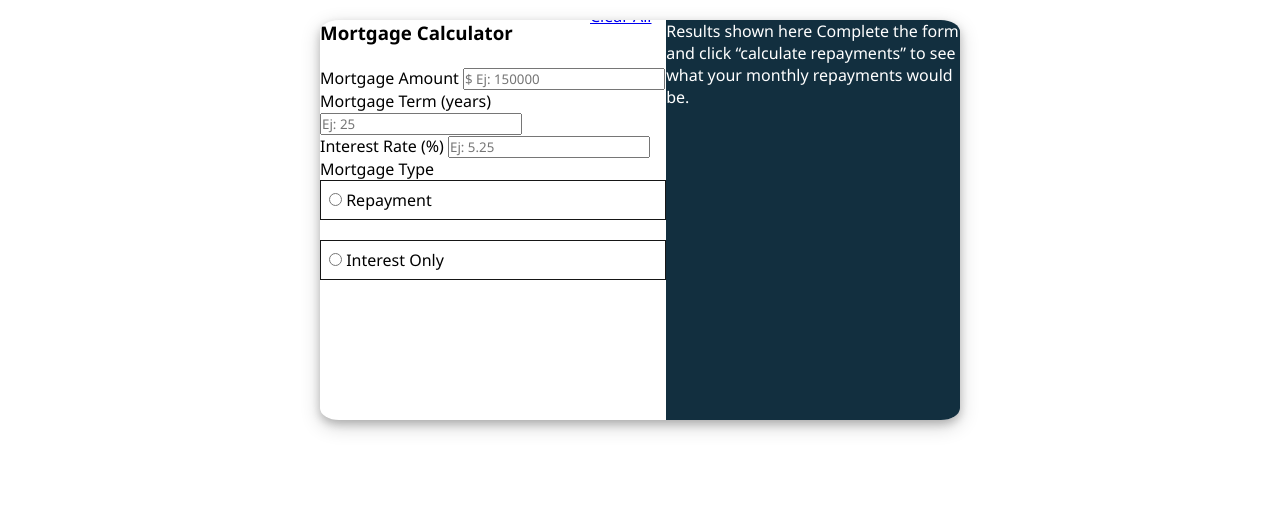
Repository: GravielPV/Mortgage-repayment-calculator
Page: index.html
The author's editor kept a copy of each file at every save. The page is drawn from the files as they stood at one save, then again after the next save.
The browser window is 1280 px wide. The pictures show the whole page.

Above is the page before, as saved 2025-12-11 17:19:29.

### index.html
<!DOCTYPE html>
<html lang="en">
<head>
  <meta charset="UTF-8">
  <meta name="viewport" content="width=device-width, initial-scale=1.0"> <!-- displays site properly based on user's device -->

  <link rel="icon" type="image/png" sizes="32x32" href="./assets/images/favicon-32x32.png">
  <link rel="stylesheet" href="styles.css">
  <title>Frontend Mentor | Mortgage repayment calculator</title>


</head>
<body>
  <div class="carta">



  <div class="lado-izquierdo">

    <div class="header-form">
      <h3>Mortgage Calculator</h3>
      <a href="#" id="clear-all">Clear All</a>
    </div>

    <form id="mortgage-form">

      <!-- Mortgage Amount -->
      <div class="campo">
        <label for="input-mortgage">Mortgage Amount</label>
        <input
          type="number"
          id="input-mortgage"
          name="mortgage"
          placeholder="$ Ej: 150000">
      </div>

      <!-- Mortgage Term & Interest Rate -->
      <div class="grupo-doble">
        <div class="campo">
          <label for="input-term">Mortgage Term (years)</label>
          <input
            type="number"
            id="input-term"
            name="term"
            placeholder="Ej: 25">
        </div>

        <div class="campo">
          <label for="input-interest">Interest Rate (%)</label>
          <input
            type="number"
            step="0.01"
            id="input-interest"
            name="interest"
            placeholder="Ej: 5.25">
        </div>
      </div>

      <!-- Mortgage Type -->
      <div class="campo">
        <label>Mortgage Type</label>

        <div class="radios">
          <label class="radio arriba">
            <input type="radio" name="mortgage-type" value="repayment">
            Repayment
          </label>

          <label class="radio abajo">
            <input type="radio" name="mortgage-type" value="interest-only">
            Interest Only
          </label>
        </div>
      </div>

      <!-- Botón -->
      <div class="boton">

        <button type="submit" > <img src="assets/images/icon-calculator.svg" alt="calculadora icon">Calculate Repayments</button>
      </div>

    </form>

  </div>




  <!-- Empty results start -->

  <div class="lado derecho">

  Results shown here

  Complete the form and click “calculate repayments” to see what
  your monthly repayments would be.
  </div>

  <!-- Empty results end -->

  <!-- Completed results start -->

  <div class="resultado">
  Your results

  Your results are shown below based on the information you provided.
  To adjust the results, edit the form and click “calculate repayments” again.

  Your monthly repayments

  Total you'll repay over the term
  </div>

</div>

<!-- Completed results end -->

</body>
</html>

### styles.css
* {
    box-sizing: border-box;
    margin: 0;
    padding: 0;
    font-family: 'Segoe UI', Tahoma, Geneva, Verdana, sans-serif;
}
body{
    background-color: hsl(0, 0%, 100%);
}


.carta{
    width: 50%;
    height: 400px;
display: flex;
margin: 20px auto;
border-radius: 3%;
 overflow: hidden;
 justify-content: space-between;
box-shadow: 0 4px 8px 0 rgba(0, 0, 0, 0.2), 0 6px 20px 0 rgba(0, 0, 0, 0.19);

}

.lado{
     width: 50%;
    display: flex;
    flex-direction: column;
}

.izquierdo{
    background-color: rgb(202, 49, 49);
}

.derecho{

    background-color: hsl(202, 55%, 16%);
    color: white;
}

.resultado{
    display: none;
}

a{
   position: relative;
    top: -40px;
    left: 270px;

    }

    button{
        position: relative;
        top: 150px;
        left: 50px;
        padding: 10px 20px;
        background-color: hsl(61, 70%, 52%);
        border: none;
        color: hsl(200, 10%, 18%);
        border-radius: 25px;
        cursor: pointer;
        font-weight: bold;
    }

    button img{
        margin-right: 10px;
        vertical-align: middle;
    }

    .radio{
        display: block;
        border: 1px solid rgb(22, 22, 22);
        padding: 8px;
    }
    .arriba{
        margin-bottom: 20px;
        border: 1px solid rgb(22, 22, 22);
    }
    .abajo{
        margin-top: 20px;
        border: 1px solid rgb(22, 22, 22);
    }

After the next save:
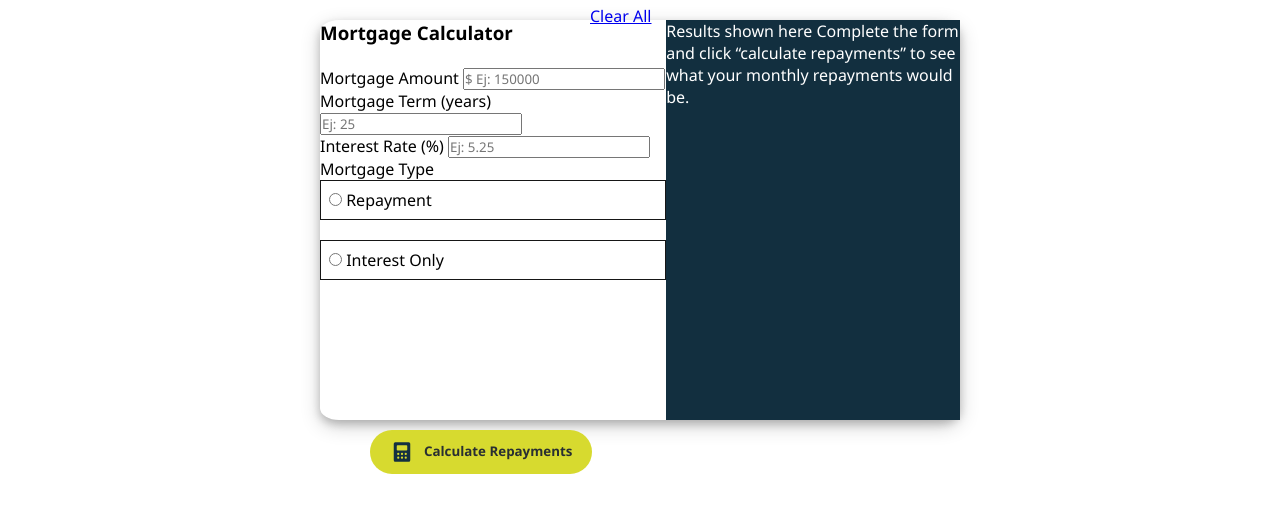
Saved 101 s later.
--- a/styles.css
+++ b/styles.css
@@ -15,7 +15,7 @@ body{
 display: flex;
 margin: 20px auto;
 border-radius: 3%;
- overflow: hidden;
+ overflow: visible;
  justify-content: space-between;
 box-shadow: 0 4px 8px 0 rgba(0, 0, 0, 0.2), 0 6px 20px 0 rgba(0, 0, 0, 0.19);
 
